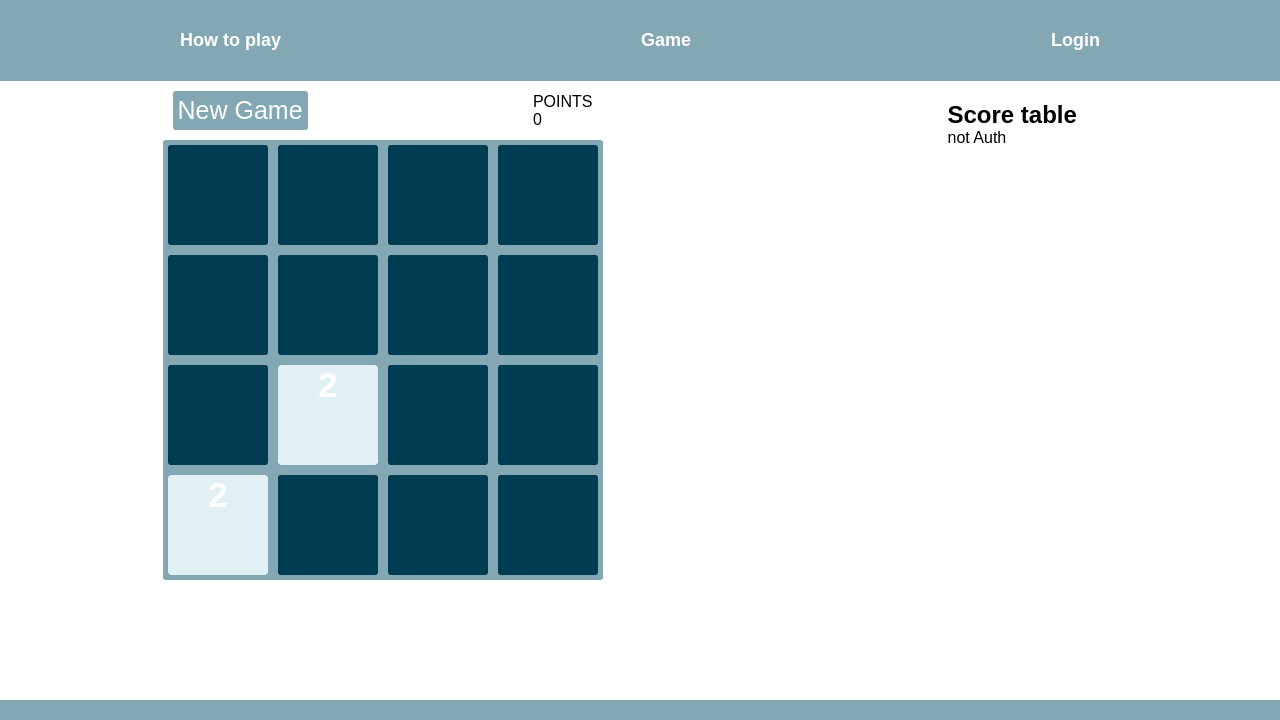
Repository: nika-otter/2048
Page: / (app in client/)
An editor plug-in stored every save of this project. The page is shown before and after the next save, followed by the edit.
The browser window is 1280 px wide. The pictures show the whole page.
The project was rebuilt for these pictures with package versions that can differ from the ones it lists, and the page was loaded fresh each time. Also part of the build but not shown: client/src/components/Login/LoginForm.js, client/src/pages/account/index.jsx, client/src/components/Game/GameOverlay.jsx, client/src/components/InstructionPage/InstructionPage.module.scss, client/src/components/HowToPlay/howtoplay.module.scss, client/src/components/HowToPlay/howtoplay.jsx, client/src/components/InstructionPage/InstructionPage.jsx, client/src/pages/Instruction/index.jsx and 4 more.

Above is the page before, as saved 2023-05-01 19:28:59.

After the next save:
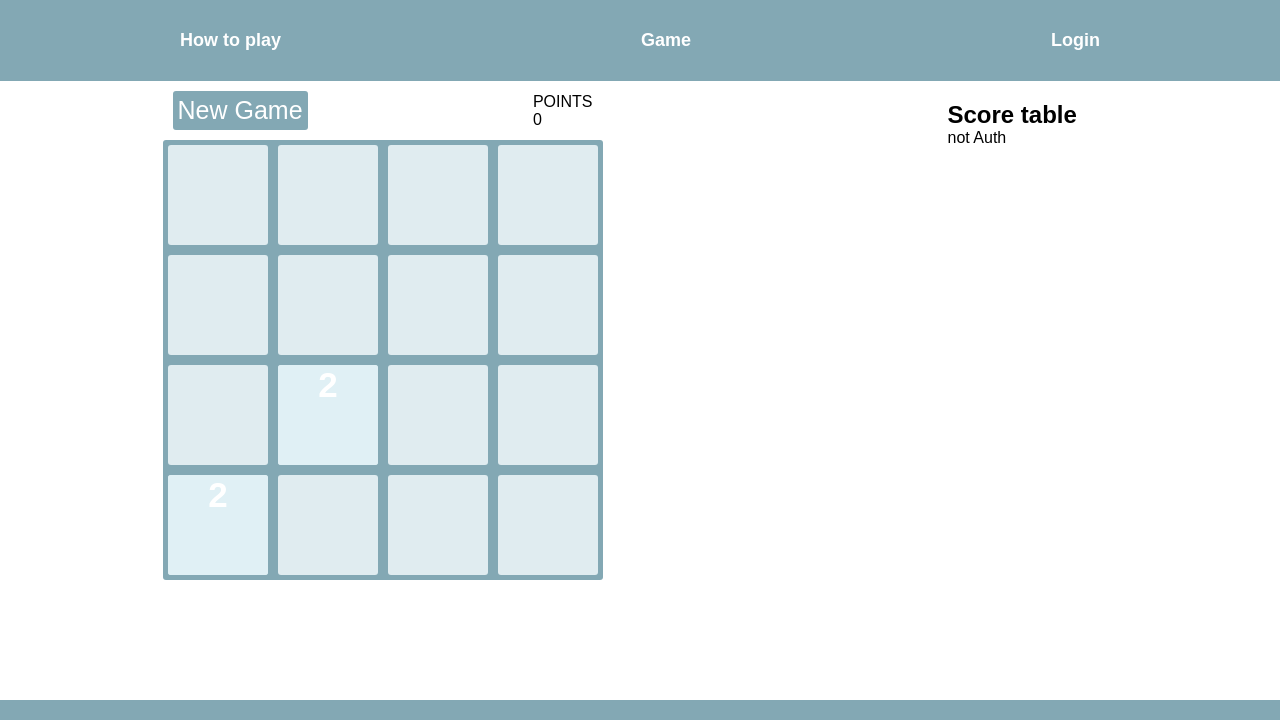
Saved 12 s later.
--- a/client/src/components/Game/Board.scss
+++ b/client/src/components/Game/Board.scss
@@ -114,7 +114,7 @@ body {
   background-color: rgb(224, 236, 240);
 }
 
-.cell {
+.tile {
   background-color: rgb(0, 60, 81);
 }
 
